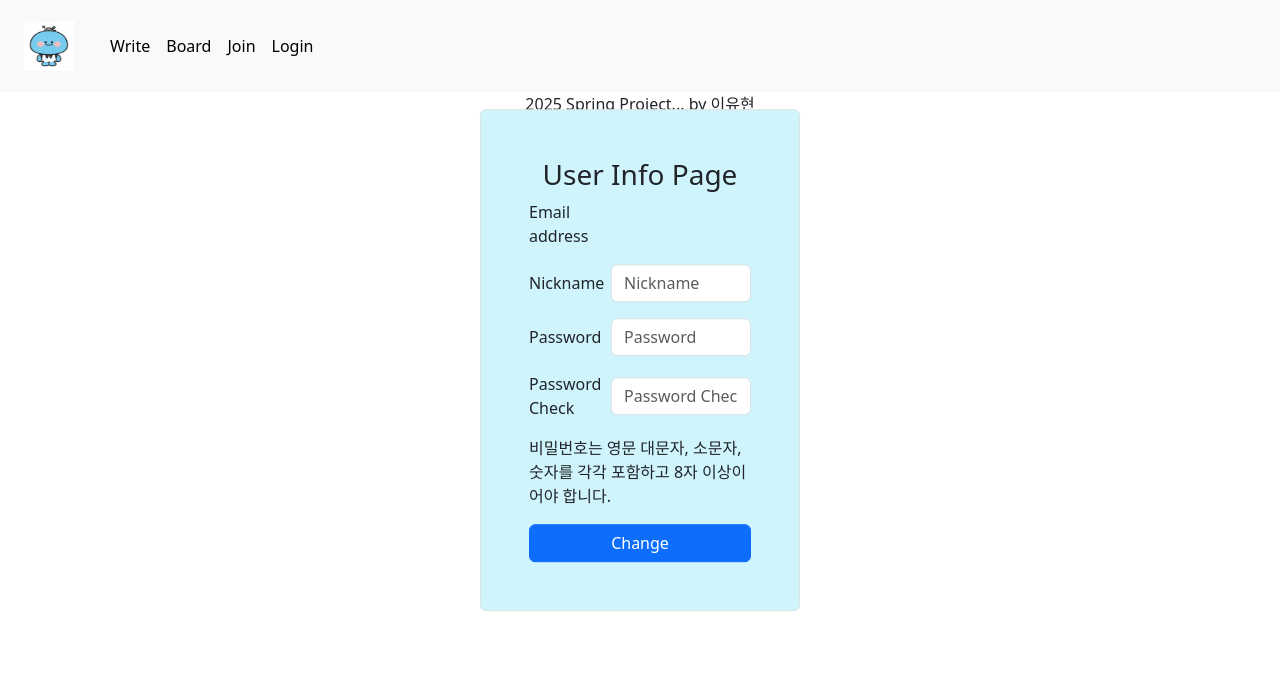
Repository: LeeYouHyeon/6.Spring
Page: http://localhost/spring_project/WEB-INF/views/user/info.jsp
These files come from the project's save history. The page is drawn as it stood at one moment and after the next save; the edit follows.
The browser window is 1280 px wide. The pictures show the whole page.
The page is served by Tomcat 9. Nobody is signed in. The template is opened directly, without the code that normally fills it, so the values that code supplies are empty.

Above is the page before, as saved 2025-06-11 02:37:09.
Console error: TypeError: Cannot read properties of null (reading 'addEventListener')

After the next save:
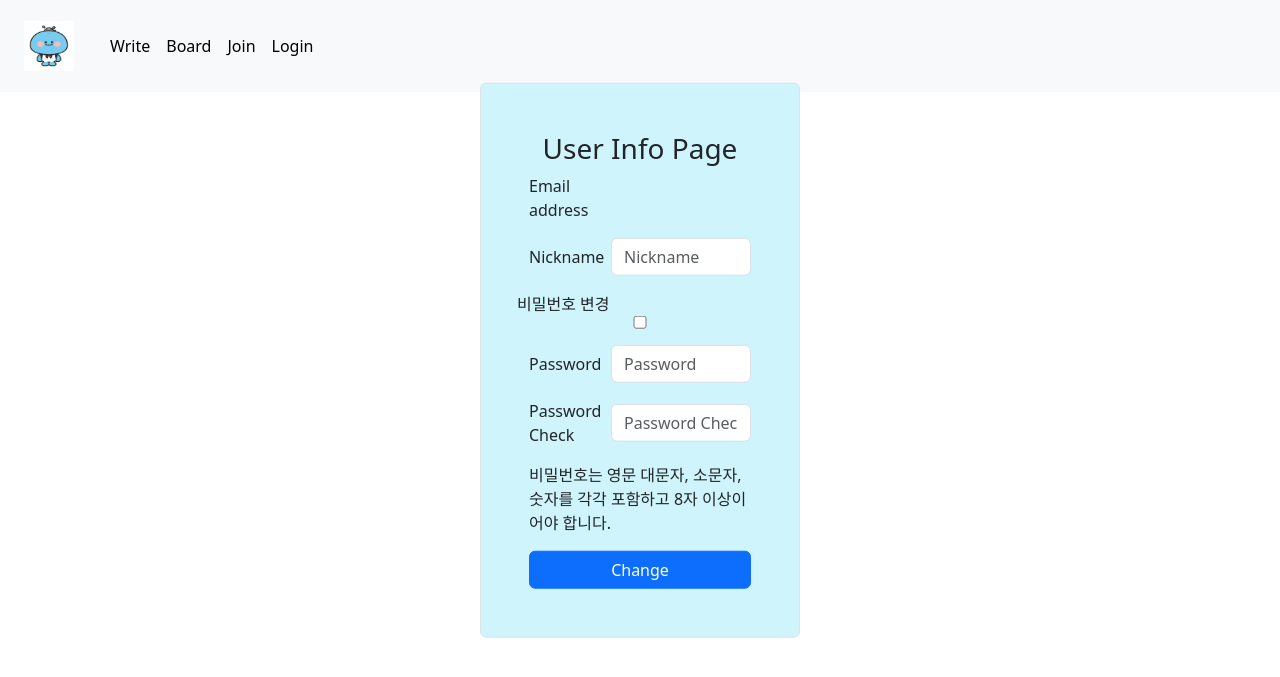
Saved 52 s later.
--- a/spring_project/src/main/webapp/WEB-INF/views/user/info.jsp
+++ b/spring_project/src/main/webapp/WEB-INF/views/user/info.jsp
@@ -31,6 +31,10 @@
 		</div>
 
 		<div class="mb-3 row align-items-center">
+			비밀번호 변경 <input type="checkbox">
+		</div>
+
+		<div class="mb-3 row align-items-center">
 			<div class="col-4">Password</div>
 			<div class="col-8">
 				<input type="password"
